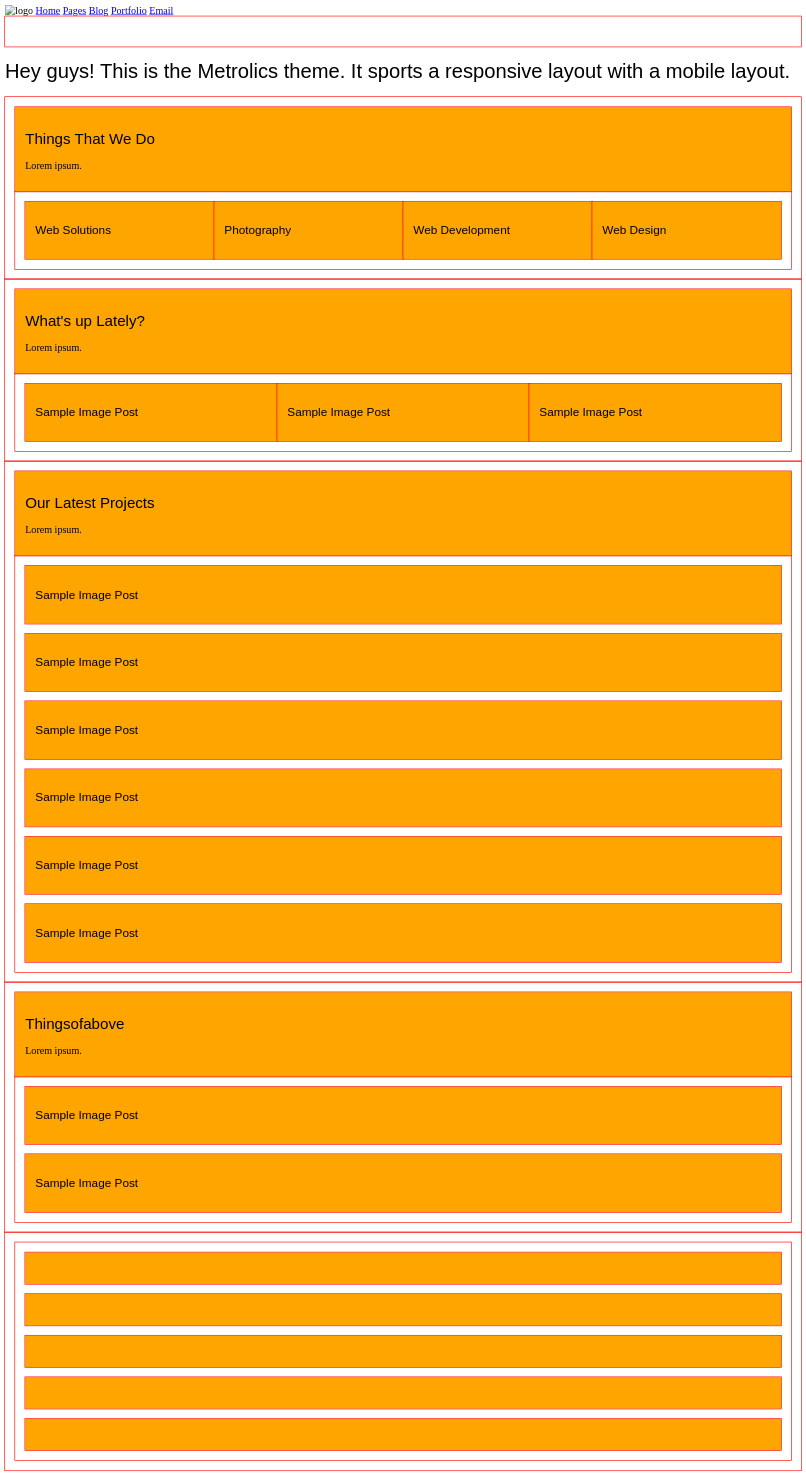
Repository: pjiang604/mdia2003-lab03b
Page: index.html
An editor plug-in stored every save of this project. The page is shown before and after the next save, followed by the edit.
The browser window is 1280 px wide. The pictures show the whole page, at 63% of full size.

Above is the page before, as saved 2023-01-24 00:15:43.

After the next save:
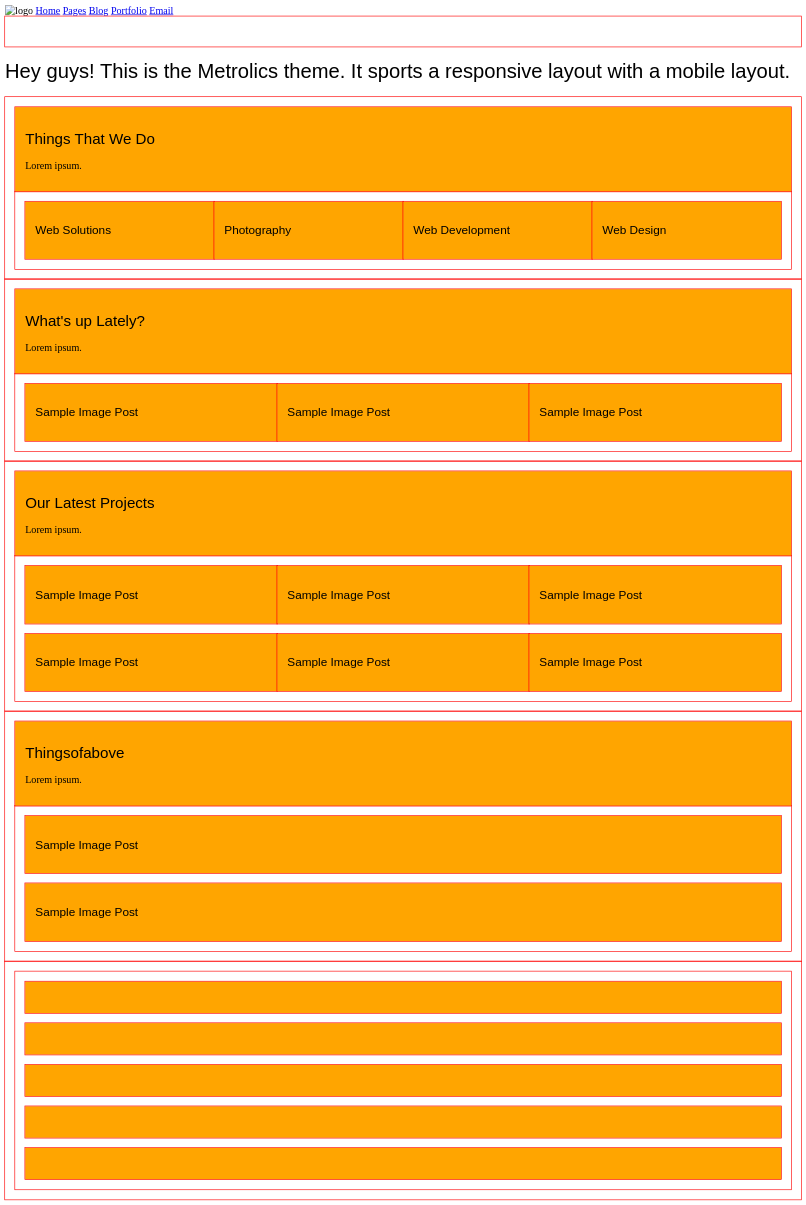
Saved 13 s later.
--- a/style.css
+++ b/style.css
@@ -65,4 +65,8 @@ h6 {
     .l-col-3 {
         grid-template-columns: repeat(3, 1fr);
     }
+
+    .l-col-4 {
+        grid-template-columns: repeat(3, 2fr);
+    }
 }
